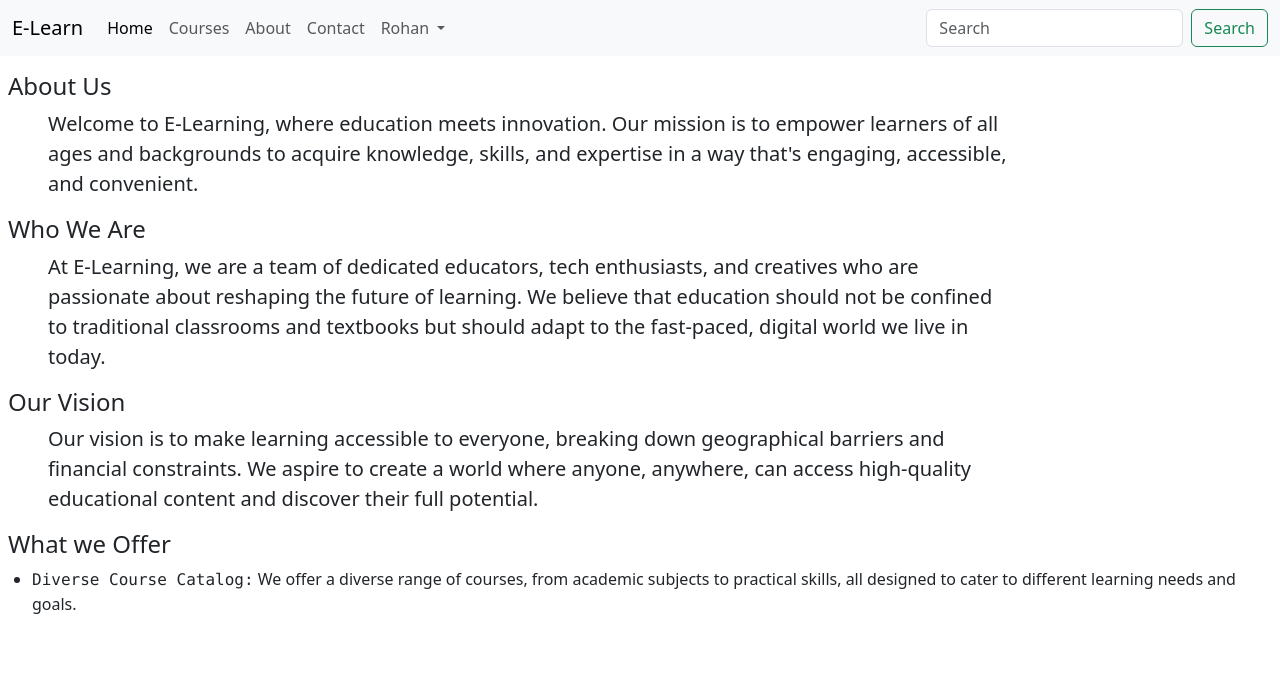
Repository: syni18/bootstrap_elarn
Page: About.html
The author's editor kept a copy of each file at every save. The page is drawn from the files as they stood at one save, then again after a run of saves.
The browser window is 1280 px wide. The pictures show the whole page.

Above is the page before, as saved 2023-10-25 23:17:53.

After the next 2 saves:
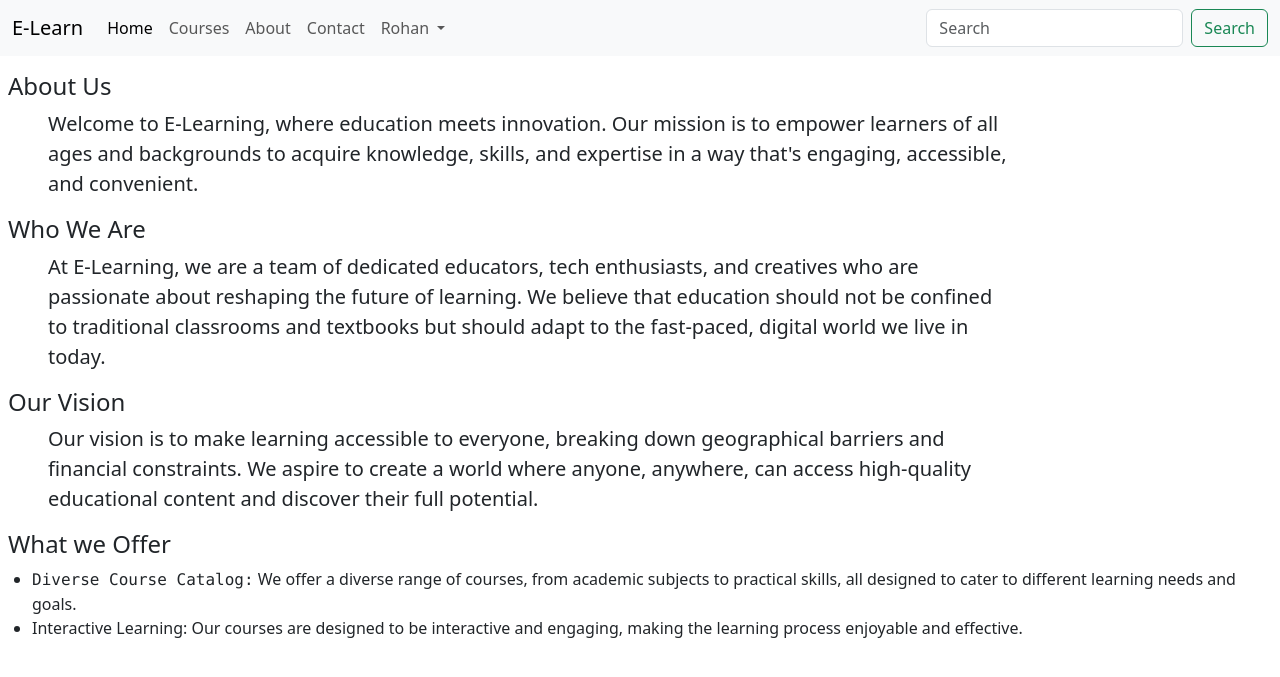
The 2 saves are shown as one change because they came seconds apart.
The last was saved 28 s later.
--- a/About.html
+++ b/About.html
@@ -62,6 +62,7 @@
     <h6 class="fs-4 ms-2">What we Offer</h6>
     <ul>
         <li><samp>Diverse Course Catalog:</samp> We offer a diverse range of courses, from academic subjects to practical skills, all designed to cater to different learning needs and goals.</li>
+        <li>Interactive Learning: Our courses are designed to be interactive and engaging, making the learning process enjoyable and effective.</li>
     </ul>
 </div>
     <script src="https://cdn.jsdelivr.net/npm/bootstrap@5.3.2/dist/js/bootstrap.bundle.min.js" integrity="sha384-C6RzsynM9kWDrMNeT87bh95OGNyZPhcTNXj1NW7RuBCsyN/o0jlpcV8Qyq46cDfL" crossorigin="anonymous"></script>
